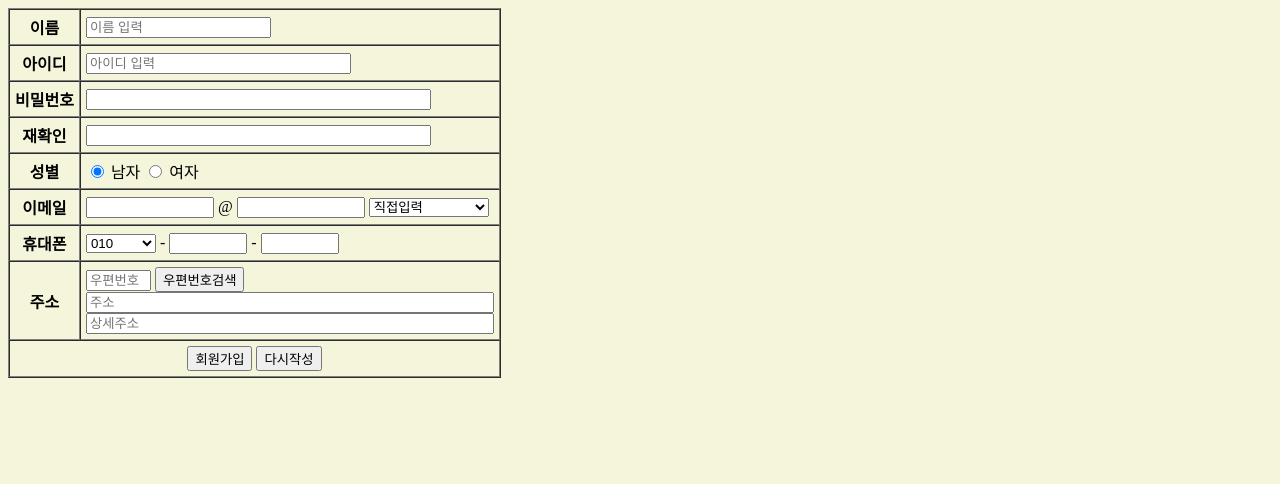
Repository: Gmajorlist/HTML
Page: http://localhost/miniProject_JSP/member/writeForm.jsp
These files come from the project's save history. The page is drawn as it stood at one moment and after the next save; the edit follows.
The browser window is 1280 px wide. The pictures show the whole page.
The page is served by Tomcat 9. Nobody is signed in. The application's start-up code is not run.

Above is the page before, as saved 2023-03-07 06:34:00.

After the next save:
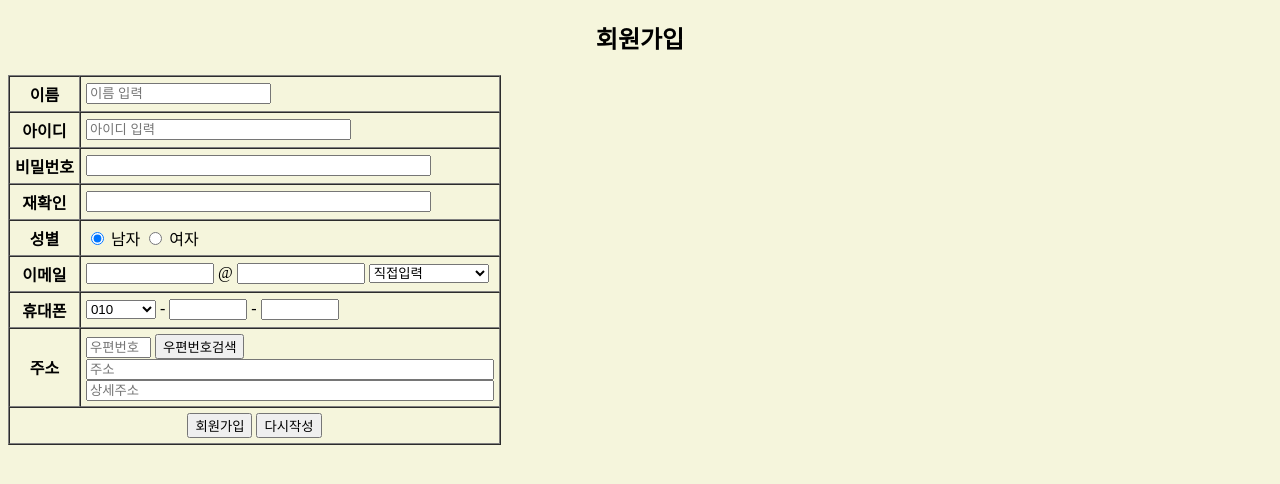
Saved 44 s later.
--- a/miniProject_JSP/src/main/webapp/member/writeForm.jsp
+++ b/miniProject_JSP/src/main/webapp/member/writeForm.jsp
@@ -17,6 +17,7 @@ div {
 <form name="writeForm" method="post" action="write.jsp">
  <table border="1" cellpadding="5" cellspacing="0">
  <center>
+ <h2> 회원가입 </h2>
   <tr>
   	<th>이름</th>
   	<td>
